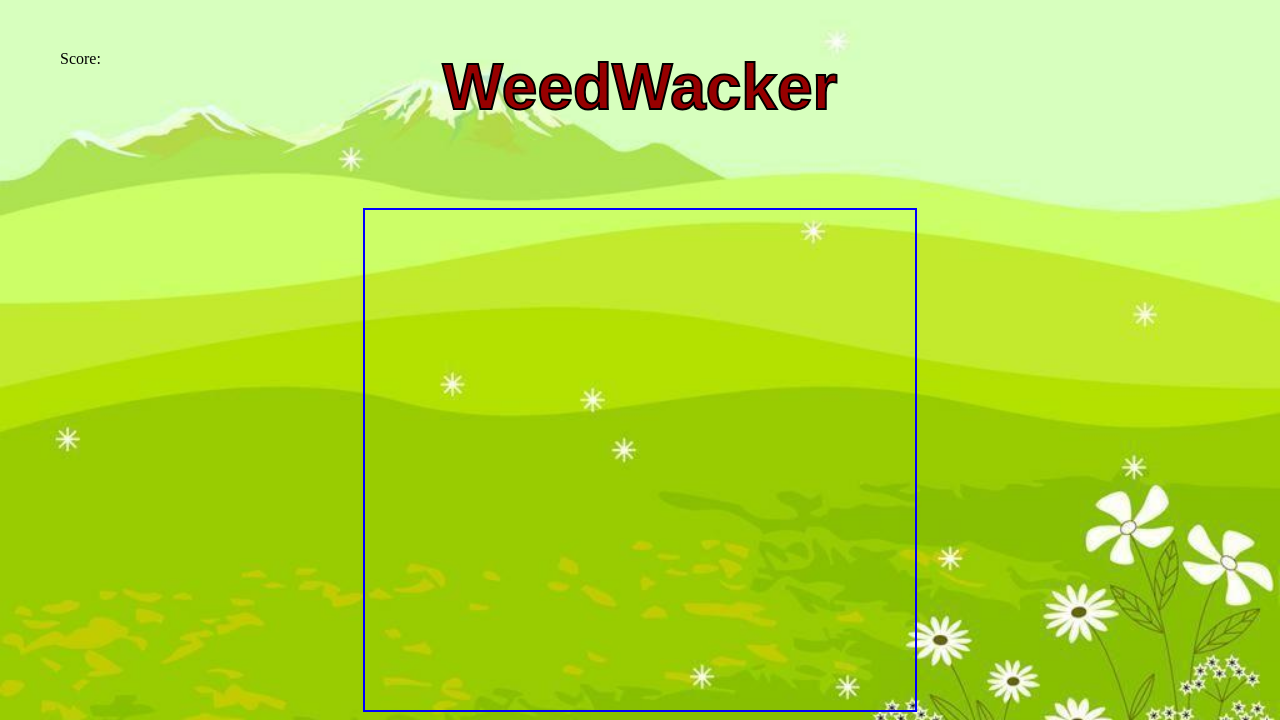
Repository: AustinW24/weedwacker
Page: main.html
These files come from the project's save history. The page is drawn as it stood at one moment and after the next save; the edit follows.
The browser window is 1280 px wide. The pictures show the whole page.
Some web fonts or font styles are not loaded; a fallback is used.

Above is the page before, as saved 2022-02-08 14:27:32.

### main.html
<!DOCTYPE html>
<html lang="en">

<head>
    <meta charset="UTF-8">
    <meta name="viewport" content="width=device-width, initial-scale=1.0">
    <meta http-equiv="X-UA-Compatible" content="ie=edge">
    <title>WeedWacker</title>
    <link href="http://fonts.cdnfonts.com/css/common-pixel" rel="stylesheet">
    <link rel="stylesheet" href="style.css">
</head>

<body>
    <script src="index.js"></script>
    <div class="container">

        <div class="score">Score: </div>
        <div class="heading">
            <h1 class="title">WeedWacker</h1>
        </div>

        <div class="grid"></div>

    </div>
</body>

</html>

### style.css
* {
    box-sizing: border-box;
    margin: 0 auto;
}

.container {
    height: 100vh;
    width: 100vw;
    background: url("/assets/wwbackground.jpg") no-repeat center;
    background-size: 100%;
    display: flex;
    align-items: center;
    justify-content: center;
    position: relative;
}

.grid {
    display: grid;
    place-items: center;
    grid-template-columns: repeat(4, 1fr);
    grid-template-rows: repeat(4, 1fr);
    column-gap: 10px;
    row-gap: 15px;
    width: 550px;
    height: 500px;
    position: absolute;
    bottom: 0;
    margin-bottom: 10px;
    outline: 2px solid blue;
    justify-content: center;
}

.heading {
    display: flex;
    position: absolute;
    top: 0;
    margin-top: 50px;
    font-family: 'Common Pixel', sans-serif;
    color: rgb(150, 0, 0);
    font-size: 2rem;
    -webkit-text-stroke-width: 2px;
    -webkit-text-stroke-color: black;
}

.score {
    left: 0;
    position: absolute;
    top: 0;
    margin-top: 50px;
    margin-left: 60px;
}

### index.js
let score = 0;

After the next save:
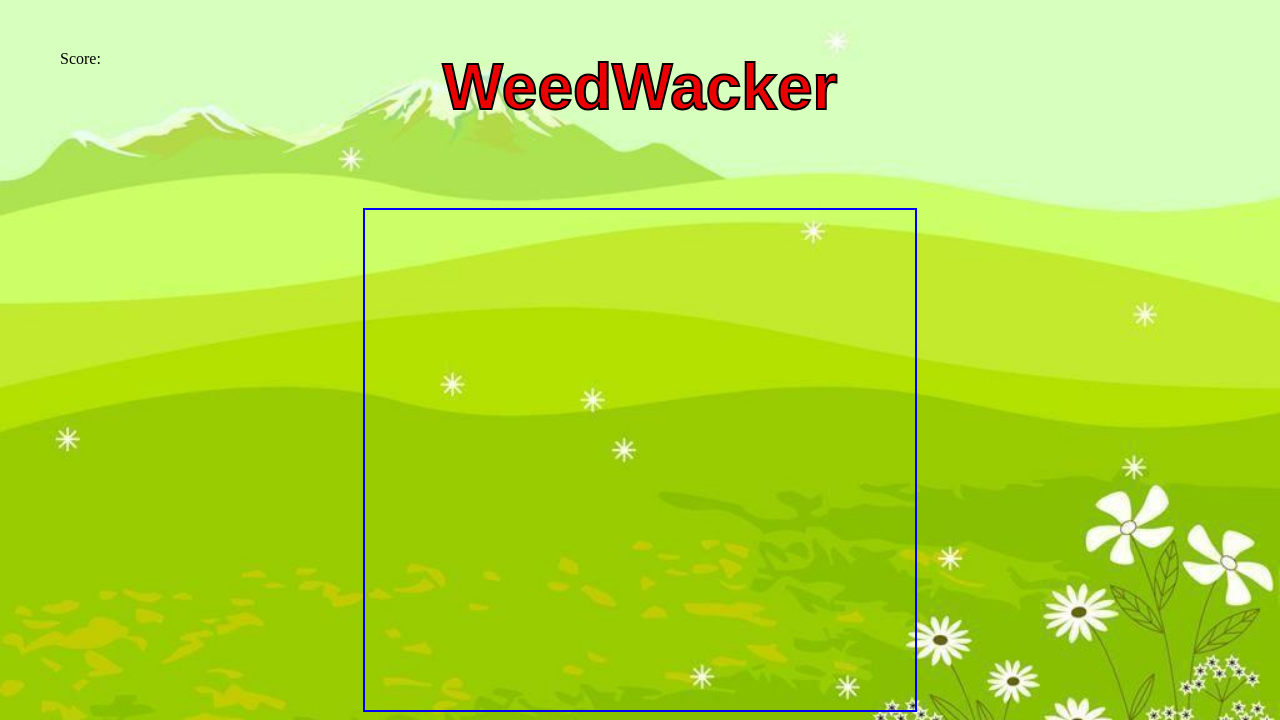
Saved 5 s later.
--- a/style.css
+++ b/style.css
@@ -36,7 +36,7 @@
     top: 0;
     margin-top: 50px;
     font-family: 'Common Pixel', sans-serif;
-    color: rgb(150, 0, 0);
+    color: rgb(235, 0, 0);
     font-size: 2rem;
     -webkit-text-stroke-width: 2px;
     -webkit-text-stroke-color: black;
